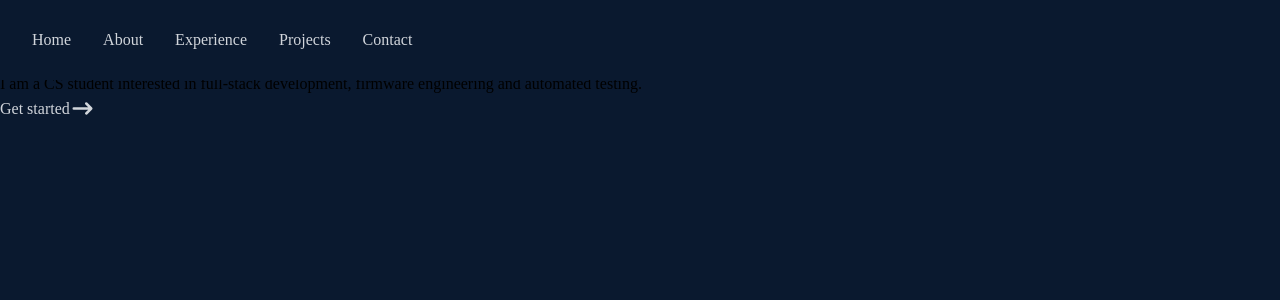
Repository: olichengus/Project-Portfolio
Page: /
These files come from the project's save history. The page is drawn as it stood at one moment and after a run of saves; the edit follows.
The browser window is 1280 px wide. The pictures show the whole page.
The project was rebuilt for these pictures with package versions that can differ from the ones it lists, and the page was loaded fresh each time.

Above is the page before, as saved 2024-02-02 21:05:09.

After the next 2 saves:
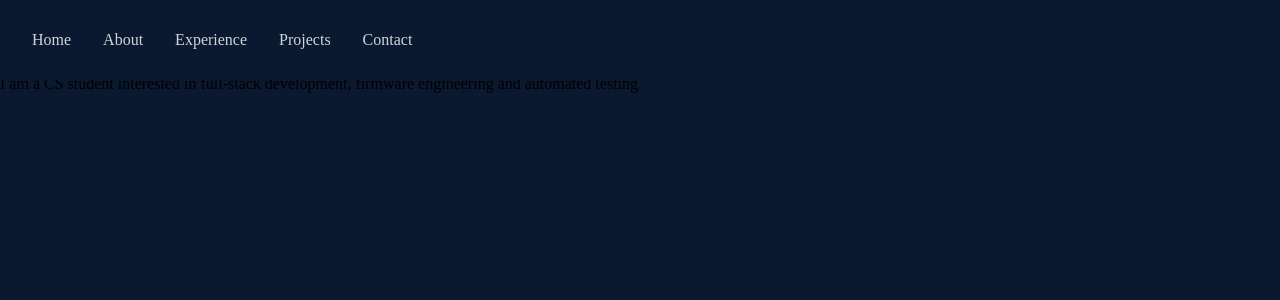
The 2 saves are shown as one change because they came seconds apart.
The last was saved 19 s later.
--- a/src/components/Home.jsx
+++ b/src/components/Home.jsx
@@ -11,9 +11,6 @@ const Home = () => {
         <h1>Oliver Cheng</h1>
         <h2>I am a Computer Science Student</h2>
         <p>I am a CS student interested in full-stack development, firmware engineering and automated testing.</p>
-        <button className='flex items-center justify-center bg-blue-500 text-gray-300 px-6 py-2 mt-4 hover:bg-blue-600 duration-300'>
-          Get started <HiArrowNarrowRight size={25} className='ml-2' />
-        </button>
       </div>
     </div>
   )
